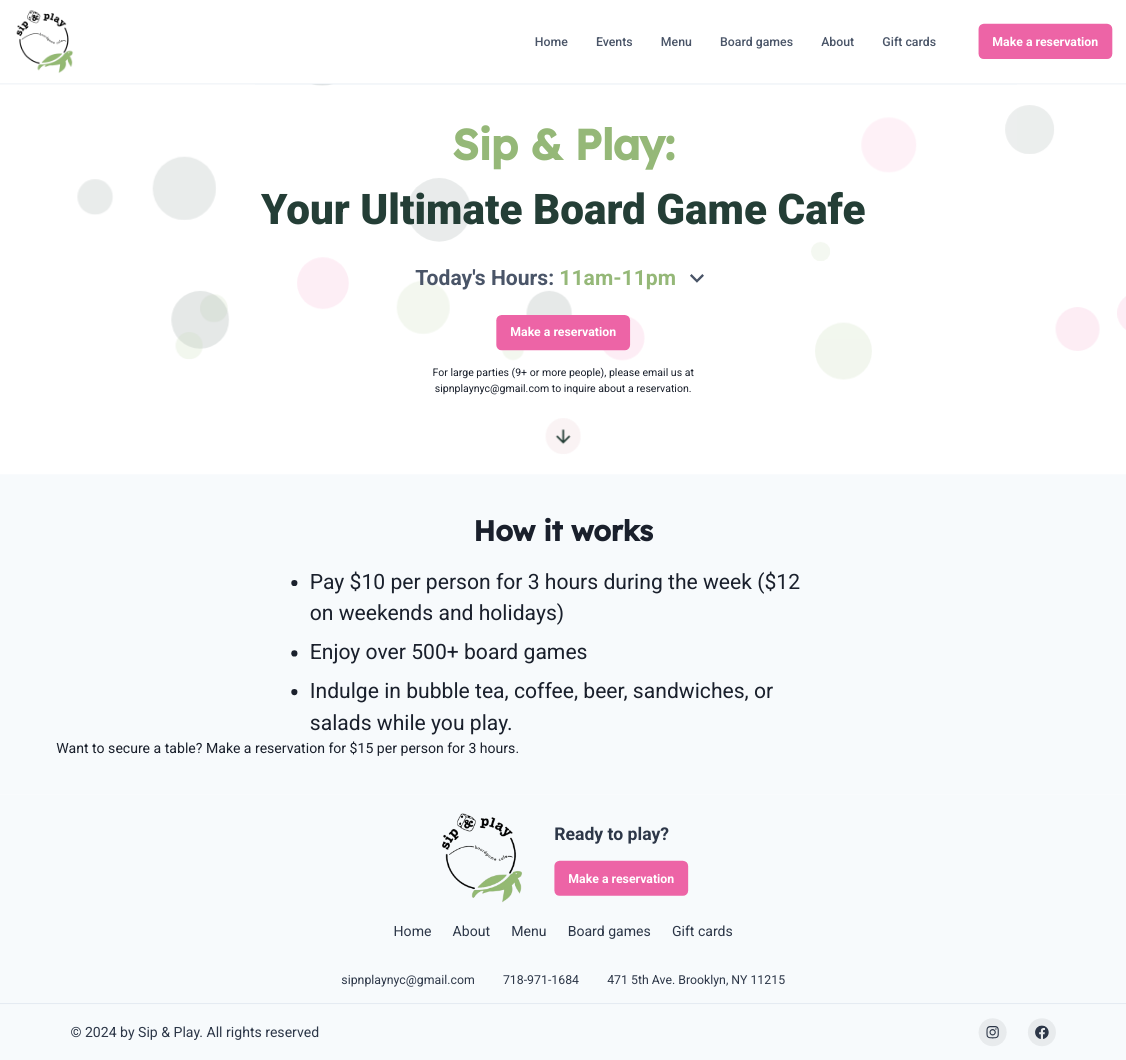
Repository: natespinetti/codedexsummerhackathon
Page: /
The author's editor kept a copy of each file at every save. The page is drawn from the files as they stood at one save, then again after the next save.
The browser window is 1280 px wide. The pictures show the whole page, at 88% of full size.
The project was rebuilt for these pictures with package versions that can differ from the ones it lists, and the page was loaded fresh each time. The framework's server and built-in components were replaced by stand-ins that run in the browser. Also part of the build but not shown: next.config.mjs.

Above is the page before, as saved 2024-07-11 16:54:57.

### app/layout.tsx
"use client";
import Head from "next/head";
import React from "react";
import Header from "./components/Header";
import Footer from "./components/Footer";
import { Providers } from "./components/Providers";

export default function RootLayout({
  children,
}: {
  children: React.ReactNode;
}) {
  return (
    <html lang="en">
      <Head>
        <title>Sip & Play</title>
        <meta name="description" content="Board games and boba!" />
        <meta name="viewport" content="width=device-width, initial-scale=1" />
        <link rel="icon" href="/favicons/favicon.ico" />
      </Head>
      <body>
        <Providers>
          <Header />
          <main>{children}</main>
          <Footer />
        </Providers>
      </body>
    </html>
  );
}

### app/page.tsx
import Image from "next/image";
import HomeHero from "./components/HomeHero";
import {
  Box,
  Text,
  Button,
  keyframes,
  ListItem,
  List,
  UnorderedList,
} from "@chakra-ui/react";

export default function Home() {
  return (
    <>
      <HomeHero />
      <Box bg="var(--chakra-colors-gray-50)">
        <Box maxW="90%" m="auto" p="2.5rem 0">
          <Text
            as="h2"
            fontSize="2rem"
            fontFamily="heading"
            fontWeight={700}
            textAlign="center"
            mb="1rem"
          >
            How it works
          </Text>
          <UnorderedList spacing={2} fontSize="1.5rem" w="50%" m="auto">
            <ListItem>
              Pay $10 per person for 3 hours during the week ($12 on weekends
              and holidays)
            </ListItem>
            <ListItem>Enjoy over 500+ board games</ListItem>
            <ListItem>
              Indulge in bubble tea, coffee, beer, sandwiches, or salads while
              you play.
            </ListItem>
          </UnorderedList>
          <Text>
            Want to secure a table? Make a reservation for $15 per person for 3
            hours.
          </Text>
        </Box>
      </Box>
    </>
  );
}

### app/components/Footer.tsx
"use client";

import {
  Box,
  chakra,
  Container,
  Stack,
  Text,
  useColorModeValue,
  Button,
  Image,
  VisuallyHidden,
} from "@chakra-ui/react";
import { FaInstagram, FaTwitter, FaYoutube, FaFacebook } from "react-icons/fa";
import { ReactNode } from "react";

const SocialButton = ({
  children,
  label,
  href,
}: {
  children: ReactNode;
  label: string;
  href: string;
}) => {
  return (
    <chakra.button
      bg={useColorModeValue("blackAlpha.100", "whiteAlpha.100")}
      rounded={"full"}
      w={8}
      h={8}
      cursor={"pointer"}
      as={"a"}
      href={href}
      display={"inline-flex"}
      alignItems={"center"}
      justifyContent={"center"}
      transition={"background 0.3s ease"}
      _hover={{
        bg: useColorModeValue("blackAlpha.200", "whiteAlpha.200"),
      }}
    >
      <VisuallyHidden>{label}</VisuallyHidden>
      {children}
    </chakra.button>
  );
};

export default function Footer() {
  return (
    <>
      {/* <iframe
        src="https://www.google.com/maps/embed?pb=!1m19!1m8!1m3!1d48423.28708097213!2d-73.98076851318362!3d40.66393288184943!3m2!1i1024!2i768!4f13.1!4m8!3e0!4m0!4m5!1s0x89c25b963c296a77%3A0x33cab105836ef465!2sSip%20%26%20Play%2C%20471%205th%20Ave%2C%20Brooklyn%2C%20NY%2011215!3m2!1d40.668128599999996!2d-73.9869454!5e0!3m2!1sen!2sus!4v1720729656891!5m2!1sen!2sus"
        width="100%"
        height="200"
        style={{ border: 0 }}
        loading="lazy"
        referrerPolicy="no-referrer-when-downgrade"
      ></iframe> */}
      <Box
        bg={useColorModeValue("gray.50", "gray.900")}
        color={useColorModeValue("gray.700", "gray.200")}
      >
        <Container
          as={Stack}
          maxW={"6xl"}
          py={4}
          spacing={4}
          justify={"center"}
          align={"center"}
        >
          <Box display="flex" flexDir="row" alignItems="center" gridGap="2rem">
            <Image
              maxW="100px"
              src="/logos/sipnplay2.png"
              alt="Sip & Play Logo"
            />
            <Box>
              <Text fontWeight={700} fontSize="20px" pb="1rem">
                Ready to play?
              </Text>
              <Button
                as={"a"}
                display={{ base: "none", md: "inline-flex" }}
                fontSize={"sm"}
                fontWeight={600}
                color={"white"}
                bg={"pink.400"}
                href={"https://www.exploretock.com/sipnplay/"}
                target="_blank"
                _hover={{
                  bg: "pink.300",
                }}
              >
                Make a reservation
              </Button>
            </Box>
          </Box>
          <Stack direction={"row"} spacing={6}>
            <Box as="a" href={"#"}>
              Home
            </Box>
            <Box as="a" href={"#"}>
              About
            </Box>
            <Box as="a" href={"#"}>
              Menu
            </Box>
            <Box as="a" href={"#"}>
              Board games
            </Box>
            <Box as="a" href={"#"}>
              Gift cards
            </Box>
          </Stack>
          <Box
            display="flex"
            flexDir="row"
            gridGap="2rem"
            fontSize="14px"
            mt="1rem"
          >
            <Text as="a" href={"mailto:sipnplaynyc@gmail.com"}>
              sipnplaynyc@gmail.com
            </Text>
            <Text as="a" href={"tel:718-971-1684"}>
              718-971-1684
            </Text>
            <Text
              as="a"
              target="_blank"
              href={
                "https://www.google.com/maps/dir//471+5th+Ave,+Brooklyn,+NY+11215/@40.6680993,-74.0693463,12z/data=!4m8!4m7!1m0!1m5!1m1!1s0x89c25b963c296a77:0x33cab105836ef465!2m2!1d-73.9869454!2d40.6681286?entry=ttu"
              }
            >
              471 5th Ave. Brooklyn, NY 11215
            </Text>
          </Box>
        </Container>

        <Box
          borderTopWidth={1}
          borderStyle={"solid"}
          borderColor={useColorModeValue("gray.200", "gray.700")}
        >
          <Container
            as={Stack}
            maxW={"6xl"}
            py={4}
            direction={{ base: "column", md: "row" }}
            spacing={4}
            justify={{ base: "center", md: "space-between" }}
            align={{ base: "center", md: "center" }}
          >
            <Text>© 2024 by Sip & Play. All rights reserved</Text>
            <Stack direction={"row"} spacing={6}>
              <SocialButton
                label={"Instagram"}
                href={"https://www.instagram.com/sipnplaynyc/?hl=en"}
              >
                <FaInstagram />
              </SocialButton>
              <SocialButton
                label={"Facebook"}
                href={"https://www.facebook.com/sipnplaynyc/"}
              >
                <FaFacebook />
              </SocialButton>
            </Stack>
          </Container>
        </Box>
      </Box>
    </>
  );
}

### app/components/Providers.tsx
import { SPTheme } from "@/ui/theme/theme";
import { ChakraProvider } from "@chakra-ui/react";
import { ReactNode } from "react";

export function Providers({ children }: { children: ReactNode }) {
  return <ChakraProvider theme={SPTheme}>{children}</ChakraProvider>;
}

### app/components/HomeHero.tsx
"use client";
import { Box, Text, Button, keyframes } from "@chakra-ui/react";
import CurrentDayHours from "./CurrentDaysHours";
import {
  HamburgerIcon,
  CloseIcon,
  ChevronDownIcon,
  ArrowDownIcon,
} from "@chakra-ui/icons";

const bubbleAnimation = keyframes`
  0% {
    transform: translateY(100px) scale(1);
    opacity: 1;
  }
  100% {
    transform: translateY(-1000px) scale(1.5);
    opacity: 0;
  }
`;

const upDownAnimation = keyframes`
  0% {
    transform: translateY(0);
  }
  50% {
    transform: translateY(10px);
  }
  100% {
    transform: translateY(0px);
  }
`;

const bubbles = new Array(20).fill(0).map((_, index) => ({
  id: index,
  size: Math.random() * 3 + 1,
  left: Math.random() * 100,
  animationDuration: Math.random() * 20 + 10,
  animationDelay: Math.random() * 100,
}));

export default function HomeHero() {
  return (
    <>
      <Box position="relative" overflow="hidden" h="100%" w="100%">
        {bubbles.map((bubble, index) => (
          <Box
            key={bubble.id}
            position="absolute"
            bottom="0"
            left={`${bubble.left}%`}
            width={`${bubble.size}rem`}
            height={`${bubble.size}rem`}
            bg={
              index % 3 === 0
                ? "rgba(148, 185, 115, 0.3)"
                : index % 3 === 1
                ? "rgba(36, 62, 54, 0.3)"
                : "rgba(237, 100, 166, 0.3)"
            }
            borderRadius="50%"
            animation={`${bubbleAnimation} ${bubble.animationDuration}s linear infinite`}
            transitionDelay={`${bubble.animationDelay}s`}
          />
        ))}
        <Box
          position="relative"
          w="100vw"
          p="2rem"
          display="flex"
          flexDir="column"
          justifyItems="center"
          alignItems="center"
          gridGap="1rem"
          bg="rgba(255, 255, 255, 0.5)"
        >
          <Text
            as="h1"
            fontFamily="body"
            fontWeight="900"
            fontSize="3rem"
            color="#243E36"
            textAlign="center"
          >
            <Text
              as="span"
              color="#95b878"
              fontWeight="900"
              fontFamily="heading"
              fontSize="3rem"
            >
              Sip & Play:
              <br />
            </Text>
            Your Ultimate Board Game Cafe
          </Text>
          <CurrentDayHours />
          <Button
            as={"a"}
            display={{ base: "none", md: "inline-flex" }}
            fontSize={"sm"}
            fontWeight={600}
            color={"white"}
            bg={"pink.400"}
            href={"https://www.exploretock.com/sipnplay/"}
            target="_blank"
            _hover={{
              bg: "pink.300",
            }}
          >
            Make a reservation
          </Button>

          <Text
            fontSize="12px"
            w={{ base: "100%", md: "30%" }}
            textAlign="center"
          >
            For large parties (9+ or more people), please email us at{" "}
            <Text as="a" href="mailto:sipnplaynyc@gmail.com">
              sipnplaynyc@gmail.com
            </Text>{" "}
            to inquire about a reservation.
          </Text>
          <Box
            bg="rgba(246, 232, 234, 0.5)"
            p=".5rem"
            borderRadius="50%"
            animation={`${upDownAnimation} 4s ease-in-out infinite`}
          >
            <ArrowDownIcon color="#243E36" fontSize="1.5rem" />
          </Box>
        </Box>
      </Box>
    </>
  );
}

### ui/theme/theme.tsx
import { extendTheme } from "@chakra-ui/react";
import { fonts } from "./fonts";

const overrides = {
  fonts,
};

export const SPTheme = extendTheme(overrides);

### app/components/CurrentDaysHours.tsx
import React, { useState } from "react";
import { Box, Text, useColorModeValue, useDisclosure } from "@chakra-ui/react";
import {
  Popover,
  PopoverTrigger,
  PopoverContent,
  PopoverHeader,
  PopoverBody,
  PopoverFooter,
  PopoverArrow,
  PopoverCloseButton,
  Button,
  PopoverAnchor,
} from "@chakra-ui/react";
import {
  HamburgerIcon,
  CloseIcon,
  ChevronDownIcon,
  ChevronRightIcon,
} from "@chakra-ui/icons";

const openingHours: { [key: number]: string } = {
  0: "10am-11pm", //Sunday
  1: "11am-11pm", // Monday
  2: "11am-11pm", // Tuesday
  3: "11am-11pm", // Wednesday
  4: "11am-11pm", // Thursday
  5: "11am-12am", // Friday
  6: "10am-12am", // Saturday
};

export default function CurrentDayHours() {
  const { isOpen, onOpen, onClose } = useDisclosure();

  const currentDay = new Date().getDay();
  const hours = openingHours[currentDay];
  const linkColor = useColorModeValue("gray.600", "gray.200");
  const linkHoverColor = useColorModeValue("gray.800", "white");
  const popoverContentBgColor = useColorModeValue("white", "gray.800");
  const handleItemClick = () => {
    if (isOpen) {
      onClose();
    } else {
      onOpen();
    }
  };
  return (
    <Box textAlign="center" fontSize="16px">
      <Popover
        trigger={"hover"}
        placement={"bottom-start"}
        isOpen={isOpen}
        onOpen={onOpen}
        onClose={onClose}
      >
        <PopoverTrigger>
          <Box
            p={2}
            fontSize={"sm"}
            fontWeight={500}
            color={linkColor}
            _hover={{
              textDecoration: "none",
              color: linkHoverColor,
            }}
          >
            <Box
              display="flex"
              flexDir="row"
              gridGap=".5rem"
              alignItems="center"
              onClick={handleItemClick}
            >
              <Text fontWeight="bold" fontSize="1.5rem" cursor="pointer">
                Today's Hours:{" "}
                <Text color="#95b878" as="span">
                  {hours}
                </Text>
              </Text>
              <ChevronDownIcon
                fontSize="2rem"
                transform={isOpen ? "rotate(180deg)" : "rotate(0deg)"}
                transition="transform 0.2s"
              />
            </Box>
          </Box>
        </PopoverTrigger>

        <PopoverContent
          border={0}
          boxShadow={"xl"}
          bg={popoverContentBgColor}
          p={4}
          rounded={"xl"}
          minW={"sm"}
        >
          <Box display="flex" flexDir="column" textAlign="left">
            <Text fontWeight="bold">
              Sunday:{" "}
              <Text color="#95b878" as="span">
                10am-11pm
              </Text>
            </Text>
            <Text fontWeight="bold">
              Monday:{" "}
              <Text color="#95b878" as="span">
                11am-11pm
              </Text>
            </Text>
            <Text fontWeight="bold">
              Tuesday:{" "}
              <Text color="#95b878" as="span">
                11am-11pm
              </Text>
            </Text>
            <Text fontWeight="bold">
              Wednesday:{" "}
              <Text color="#95b878" as="span">
                11am-11pm
              </Text>
            </Text>
            <Text fontWeight="bold">
              Thursday:{" "}
              <Text color="#95b878" as="span">
                11am-11pm
              </Text>
            </Text>
            <Text fontWeight="bold">
              Friday:{" "}
              <Text color="#95b878" as="span">
                11am-12am
              </Text>
            </Text>
            <Text fontWeight="bold">
              Saturday:{" "}
              <Text color="#95b878" as="span">
                10am-12am
              </Text>
            </Text>
          </Box>
        </PopoverContent>
      </Popover>
    </Box>
  );
}

### ui/theme/fonts.tsx
import { Roboto, Lexend } from "next/font/google";

const roboto = Roboto({
  subsets: ["latin"],
  display: "swap",
  weight: ["100", "300", "400", "500", "700", "900"],
  style: ["normal", "italic"],
});

const lexend = Lexend({
  subsets: ["latin"],
  display: "swap",
  weight: ["300", "400", "500"],
  style: ["normal"],
});

export const fonts = {
  heading: lexend.style.fontFamily,
  body: roboto.style.fontFamily,
};

Loaded but not shown: app/components/Header.tsx (346 lines, source omitted)

After the next save:
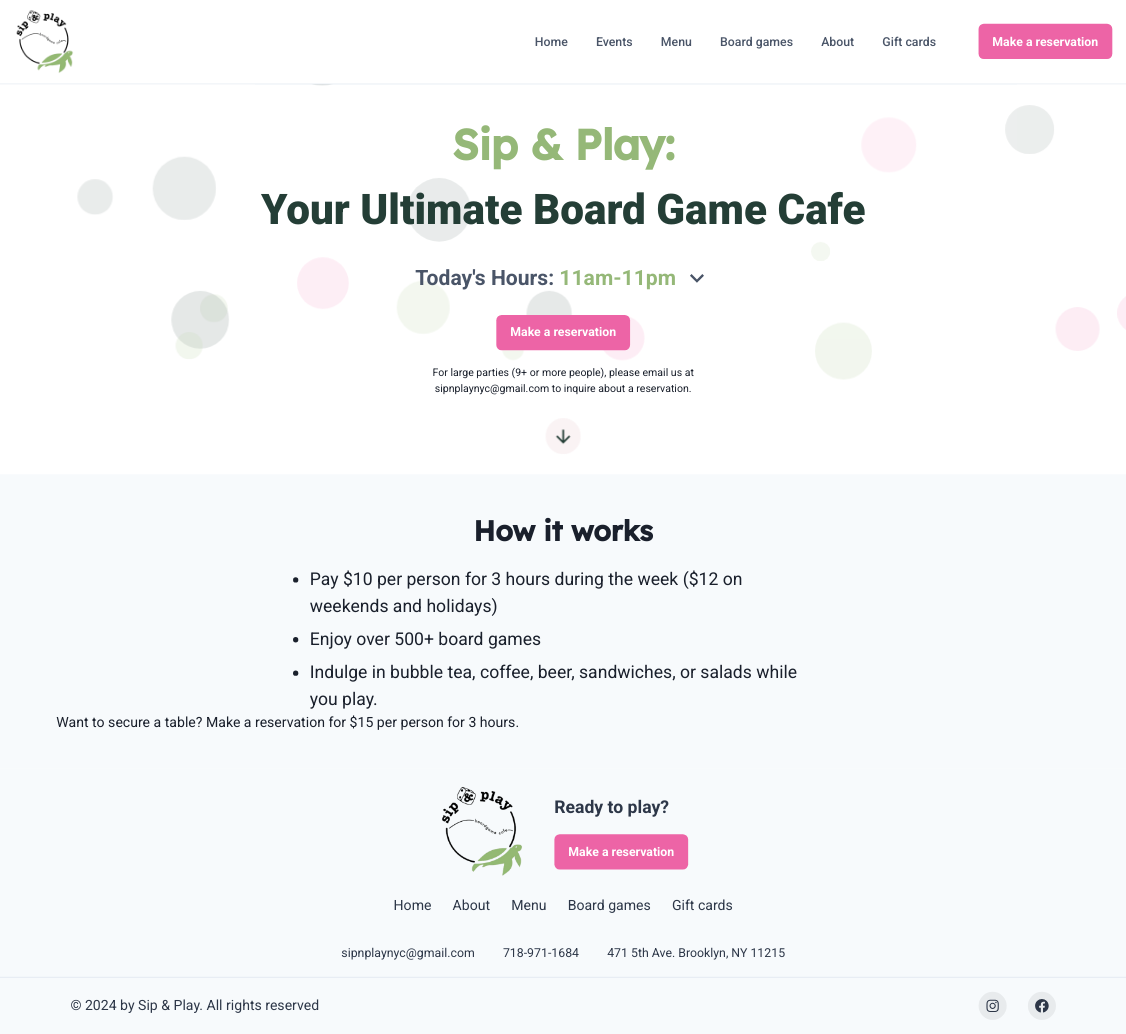
Saved 6 s later.
--- a/app/page.tsx
+++ b/app/page.tsx
@@ -26,7 +26,7 @@
           >
             How it works
           </Text>
-          <UnorderedList spacing={2} fontSize="1.5rem" w="50%" m="auto">
+          <UnorderedList spacing={2} fontSize="1.25rem" w="50%" m="auto">
             <ListItem>
               Pay $10 per person for 3 hours during the week ($12 on weekends
               and holidays)
